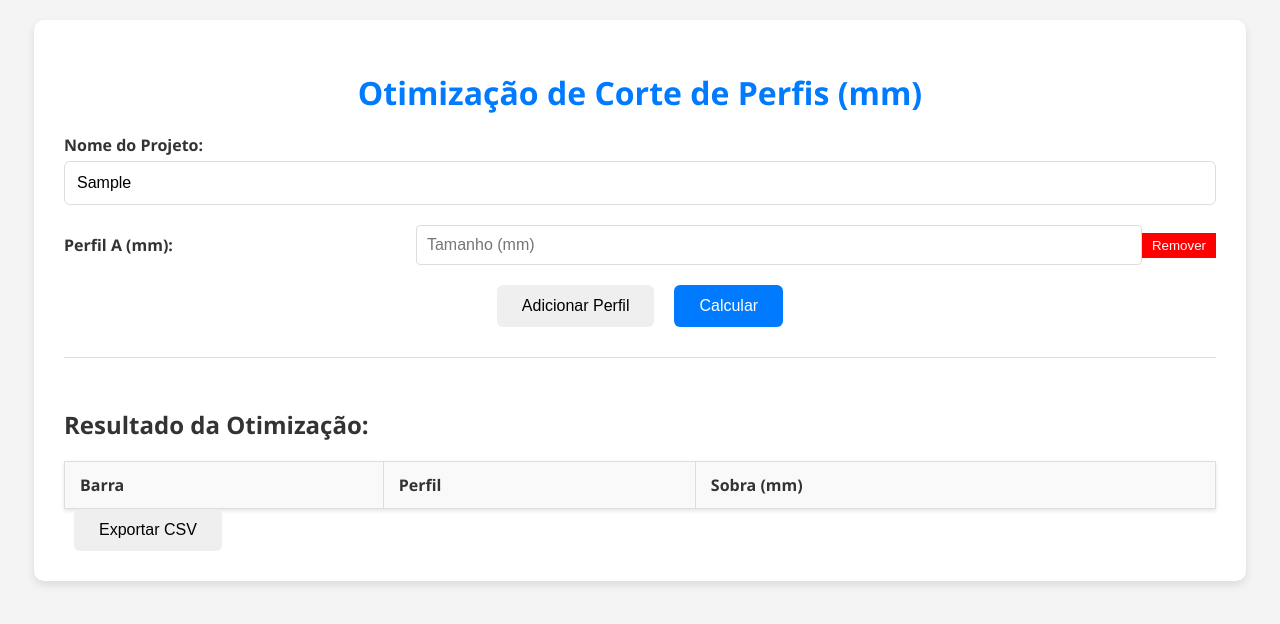
Repository: brianbebop/aqui
Page: index.html
The author's editor kept a copy of each file at every save. The page is drawn from the files as they stood at one save, then again after the next save.
The browser window is 1280 px wide. The pictures show the whole page.
Empty fields were first filled with sample values (such as "Sample", 5 or name@example.com).
After loading, the first visible `#adicionarPerfil` was clicked once.

Above is the page before, as saved 2025-03-20 21:59:40.

### index.html
<!DOCTYPE html>
<html>
<head>
    <title>Otimização de Corte de Perfis (mm)</title>
    <meta charset="UTF-8">
    <link rel="stylesheet" href="style.css">
</head>
<body>
    <div class="container">
        <h1>Otimização de Corte de Perfis (mm)</h1>
        <div class="project-info">
            <label for="nomeProjeto">Nome do Projeto:</label>
            <input type="text" id="nomeProjeto" placeholder="Digite o nome do projeto">
        </div>
        <div id="perfis" class="perfis-container">
            </div>
        <div class="button-container">
            <button id="adicionarPerfil" class="btn">Adicionar Perfil</button>
            <button id="calcular" class="btn btn-primary">Calcular</button>
        </div>
        <div id="resultado" class="resultado-container">
            <h2>Resultado da Otimização:</h2>
            <table id="resumoBarras">
                <thead>
                    <tr>
                        <th>Barra</th>
                        <th>Perfil</th>
                        <th>Sobra (mm)</th>
                    </tr>
                </thead>
                <tbody>
                </tbody>
            </table>
            <button id="exportarCSV" class="btn">Exportar CSV</button>
        </div>
    </div>
    <script src="script.js"></script>
</body>
</html>

### style.css
:root {
    --primary-color: #007bff;
    --background-color: #f4f4f4;
    --text-color: #333;
    --border-color: #ddd;
}

body {
    font-family: 'Segoe UI', Tahoma, Geneva, Verdana, sans-serif;
    margin: 0;
    padding: 0;
    background-color: var(--background-color);
    color: var(--text-color);
}

.container {
    width: 90%;
    max-width: 1200px;
    margin: 20px auto;
    background-color: #fff;
    padding: 30px;
    border-radius: 10px;
    box-shadow: 0 4px 8px rgba(0, 0, 0, 0.1);
}

h1 {
    color: var(--primary-color);
    margin-bottom: 20px;
    text-align: center;
}

.project-info {
    margin-bottom: 20px;
}

.project-info label {
    display: block;
    margin-bottom: 5px;
    font-weight: bold;
}

.project-info input {
    width: 100%;
    padding: 12px;
    border: 1px solid var(--border-color);
    border-radius: 6px;
    box-sizing: border-box;
    font-size: 16px;
}

.perfis-container {
    margin-bottom: 20px;
}

.perfil {
    margin-bottom: 15px;
    display: flex;
    align-items: center;
}

.perfil label {
    flex: 1;
    font-weight: bold;
}

.perfil input {
    flex: 2;
    padding: 10px;
    border: 1px solid var(--border-color);
    border-radius: 4px;
    box-sizing: border-box;
    font-size: 16px;
}

.button-container {
    display: flex;
    justify-content: center;
    margin-bottom: 30px;
}

.btn {
    padding: 12px 25px;
    border: none;
    border-radius: 6px;
    cursor: pointer;
    font-size: 16px;
    margin: 0 10px;
    transition: background-color 0.3s ease;
}

.btn-primary {
    background-color: var(--primary-color);
    color: #fff;
}

.btn-primary:hover {
    background-color: #0056b3;
}

.resultado-container {
    margin-top: 30px;
    border-top: 1px solid var(--border-color);
    padding-top: 30px;
}

#resumoBarras {
    width: 100%;
    border-collapse: collapse;
    margin-top: 20px;
    box-shadow: 0 2px 4px rgba(0, 0, 0, 0.1);
}

#resumoBarras th,
#resumoBarras td {
    border: 1px solid var(--border-color);
    padding: 12px 15px;
    text-align: left;
}

#resumoBarras th {
    background-color: #f9f9f9;
    font-weight: bold;
}

#resumoBarras tbody tr:nth-child(even) {
    background-color: #f2f2f2;
}

.remover-perfil {
    background-color: red;
    color: white;
    border: none;
    padding: 5px 10px;
    cursor: pointer;
}

### script.js
const perfisDiv = document.getElementById('perfis');
const adicionarPerfilButton = document.getElementById('adicionarPerfil');
const calcularButton = document.getElementById('calcular');
const resultadoDiv = document.getElementById('resultado');
const resumoBarrasTabela = document.getElementById('resumoBarras').getElementsByTagName('tbody')[0];
const nomeProjetoInput = document.getElementById('nomeProjeto');
const exportarCSVButton = document.getElementById('exportarCSV');

let perfis = [];
let contadorPerfil = 0;

function calcularOtimizacao() {
    const tamanhoBarra = 6000;
    const perfisComTamanho = perfis
        .filter(perfil => perfil.input.value !== '') // Ignora perfis com valor vazio
        .map(perfil => ({
            id: perfil.id,
            tamanho: parseInt(perfil.input.value)
        }));

    // Função para encontrar a melhor combinação de perfis para uma barra
    function encontrarMelhorCombinacao(perfisRestantes, espacoLivre) {
        let melhorCombinacao = { perfis: [], sobra: espacoLivre };

        function combinar(combinacaoAtual, sobraAtual, indiceAtual) {
            if (sobraAtual < melhorCombinacao.sobra) {
                melhorCombinacao = { perfis: combinacaoAtual, sobra: sobraAtual };
            }

            if (indiceAtual < perfisRestantes.length) {
                const perfilAtual = perfisRestantes[indiceAtual];
                if (sobraAtual >= perfilAtual.tamanho) {
                    combinar(
                        [...combinacaoAtual, perfilAtual],
                        sobraAtual - perfilAtual.tamanho,
                        indiceAtual + 1
                    );
                }
                combinar(combinacaoAtual, sobraAtual, indiceAtual + 1);
            }
        }

        combinar([], espacoLivre, 0);
        return melhorCombinacao;
    }

    // Algoritmo de otimização
    const barras = [];
    let perfisRestantes = [...perfisComTamanho];
    while (perfisRestantes.length > 0) {
        const perfilAtual = perfisRestantes[0];
        if (perfilAtual.tamanho > tamanhoBarra) {
            // Divide o perfil em múltiplas barras
            const quantidadeBarras = Math.ceil(perfilAtual.tamanho / tamanhoBarra);
            for (let i = 0; i < quantidadeBarras; i++) {
                const tamanhoBarraAtual = Math.min(tamanhoBarra, perfilAtual.tamanho - i * tamanhoBarra);
                const barraAtual = { perfis: [{ ...perfilAtual, tamanho: tamanhoBarraAtual }], espacoLivre: tamanhoBarra - tamanhoBarraAtual };
                barras.push(barraAtual);

                // Tenta otimizar o espaço restante na barra atual
                if (barraAtual.espacoLivre > 0) {
                    const melhorCombinacao = encontrarMelhorCombinacao(perfisRestantes.filter(p => p !== perfilAtual), barraAtual.espacoLivre);
                    if (melhorCombinacao.perfis.length > 0) {
                        barraAtual.perfis = [...barraAtual.perfis, ...melhorCombinacao.perfis];
                        barraAtual.espacoLivre = melhorCombinacao.sobra;
                    }
                }
            }
            perfisRestantes.shift(); // Remove o perfil dividido
        } else {
            // Encontra a melhor combinação para a barra
            const melhorCombinacao = encontrarMelhorCombinacao(perfisRestantes, tamanhoBarra);
            barras.push({ perfis: melhorCombinacao.perfis, espacoLivre: melhorCombinacao.sobra });
            perfisRestantes = perfisRestantes.filter(
                perfil => !melhorCombinacao.perfis.includes(perfil)
            );
        }
    }

    // Exibe o resultado na tabela
    resumoBarrasTabela.innerHTML = ''; // Limpa a tabela
    barras.forEach((barra, index) => {
        const novaLinha = resumoBarrasTabela.insertRow();
        const colunaBarra = novaLinha.insertCell(0);
        const colunaPerfis = novaLinha.insertCell(1);
        const colunaSobra = novaLinha.insertCell(2);

        colunaBarra.textContent = `Barra ${index + 1}`;
        colunaPerfis.textContent = barra.perfis.map(perfil => `${perfil.id} (${perfil.tamanho}mm)`).join(', ');
        colunaSobra.textContent = `${barra.espacoLivre} mm`;
    });

    // Exibe o nome do projeto
    const nomeProjeto = nomeProjetoInput.value;
    if (nomeProjeto) {
        document.querySelector('h1').textContent = `Otimização de Corte de Perfis (mm) - ${nomeProjeto}`;
    } else {
        document.querySelector('h1').textContent = `Otimização de Corte de Perfis (mm)`;
    }
}

adicionarPerfilButton.addEventListener('click', () => {
    const perfilId = String.fromCharCode(65 + contadorPerfil);
    const perfilDiv = document.createElement('div');
    perfilDiv.classList.add('perfil');
    perfilDiv.innerHTML = `
        <label for="perfil-${perfilId}">Perfil ${perfilId} (mm):</label>
        <input type="number" id="perfil-${perfilId}" placeholder="Tamanho (mm)">
        <button class="remover-perfil">Remover</button>
    `;
    perfisDiv.appendChild(perfilDiv);
    perfis.push({ id: perfilId, input: perfilDiv.querySelector('input') });
    contadorPerfil++;

    // Adiciona o evento de clique para o botão "Remover"
    const removerButton = perfilDiv.querySelector('.remover-perfil');
    removerButton.addEventListener('click', () => {
        perfis = perfis.filter(perfil => perfil.id !== perfilId);
        perfilDiv.remove();
        calcularOtimizacao(); // Recalcula automaticamente após remover o perfil
    });
});

calcularButton.addEventListener('click', () => {
    calcularOtimizacao();
});



exportarCSVButton.addEventListener('click', () => {
    const nomeProjeto = nomeProjetoInput.value || 'Otimizacao_Corte_Perfis';
    const nomeArquivo = `${nomeProjeto}.csv`;

    let csvContent = 'Barra,Perfis,Sobra (mm)\r\n'; // Cabeçalho CSV
    const linhasTabela = resumoBarrasTabela.rows;
    for (let i = 0; i < linhasTabela.length; i++) {
        const linha = linhasTabela[i];
        const colunas = linha.cells;
        const linhaCSV = `${colunas[0].textContent},"${colunas[1].textContent}",${colunas[2].textContent}\r\n`;
        csvContent += linhaCSV;
    }

    const blob = new Blob([csvContent], { type: 'text/csv;charset=utf-8;' });
    const link = document.createElement('a');
    if (navigator.msSaveBlob) { // IE 10+
        navigator.msSaveBlob(blob, nomeArquivo);
    } else {
        const url = URL.createObjectURL(blob);
        link.href = url;
        link.setAttribute('download', nomeArquivo);
        link.style.visibility = 'hidden';
        document.body.appendChild(link);
        link.click();
        document.body.removeChild(link);
    }
});

After the next save:
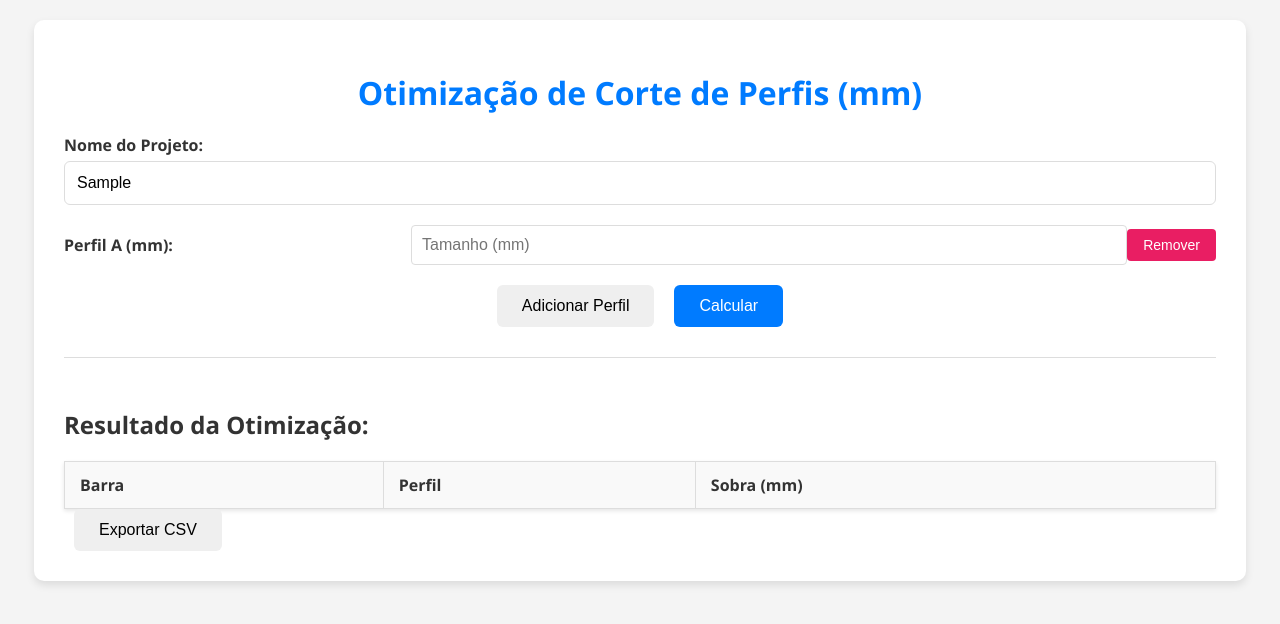
Saved 89 s later.
--- a/style.css
+++ b/style.css
@@ -127,9 +127,16 @@ h1 {
 }
 
 .remover-perfil {
-    background-color: red;
+    background-color: #e91e63; /* Cor de fundo semelhante ao botão "Calcular" */
     color: white;
     border: none;
-    padding: 5px 10px;
+    padding: 8px 16px;
+    border-radius: 4px;
     cursor: pointer;
+    font-size: 14px;
+    transition: background-color 0.3s ease;
 }
+
+.remover-perfil:hover {
+    background-color: #c2185b; /* Cor de fundo mais escura no hover */
+}
